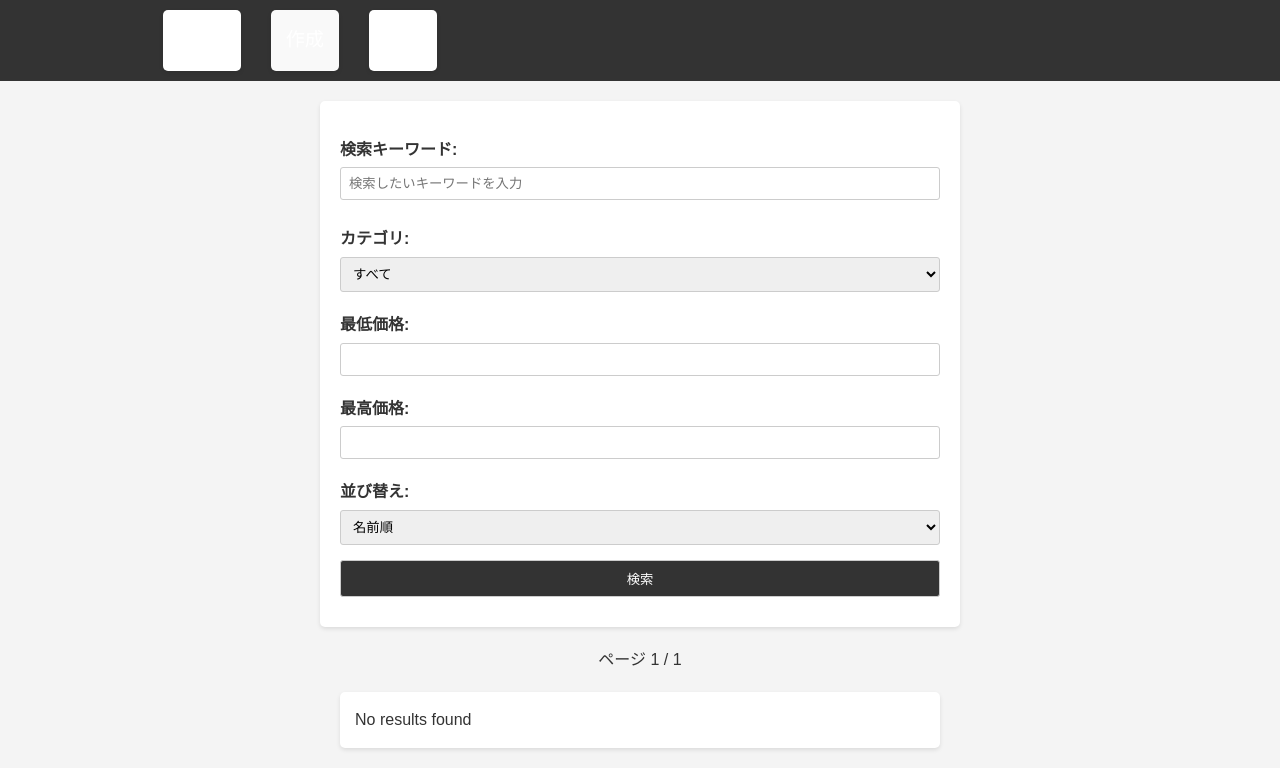
Repository: mamesuke7274/2024_kouki_kuwayamasyoutarou
Page: http://localhost/
An editor plug-in stored every save of this project. The page is shown before and after the next save, followed by the edit.
The browser window is 1280 px wide. The pictures show the whole page.
The page is served by the project's application, run on Django 4.2 (manage.py). Queries for data that is not in the repository find no rows.

Above is the page before, as saved 2024-10-26 10:52:54.

After the next save:
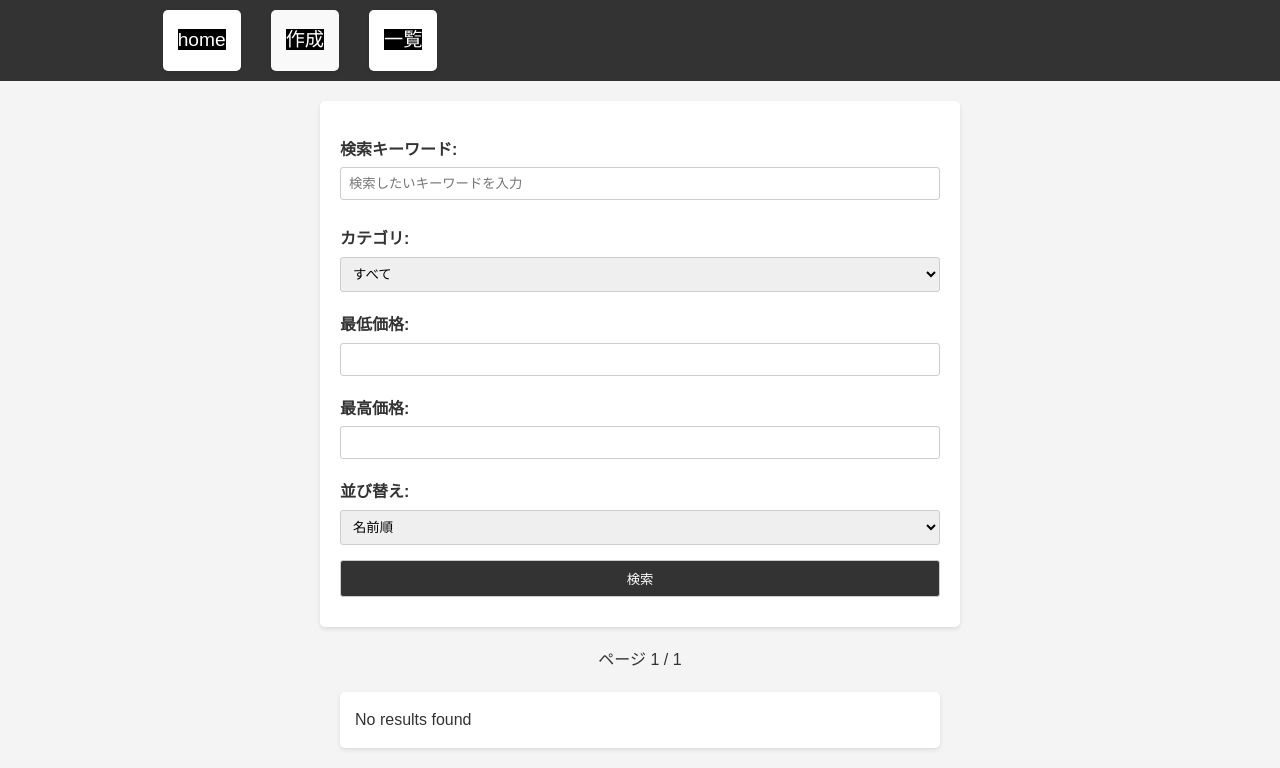
Saved 39 s later.
--- a/search_app/templates/search.html
+++ b/search_app/templates/search.html
@@ -144,9 +144,9 @@
     <header>
         <nav>
             <ul>
-                <li class="nav"><a href="{% url 'search_view' %}">home</a></li>
-                <li class="nav"><a href="{% url 'product_create' %}">作成</a></li>
-                <li class="nav"><a href="{% url 'product_list' %}">一覧</a></li>
+                <li class="nave"><a href="{% url 'search_view' %}">home</a></li>
+                <li class="nave"><a href="{% url 'product_create' %}">作成</a></li>
+                <li class="nave"><a href="{% url 'product_list' %}">一覧</a></li>
             </ul>
         </nav>
     </header>
